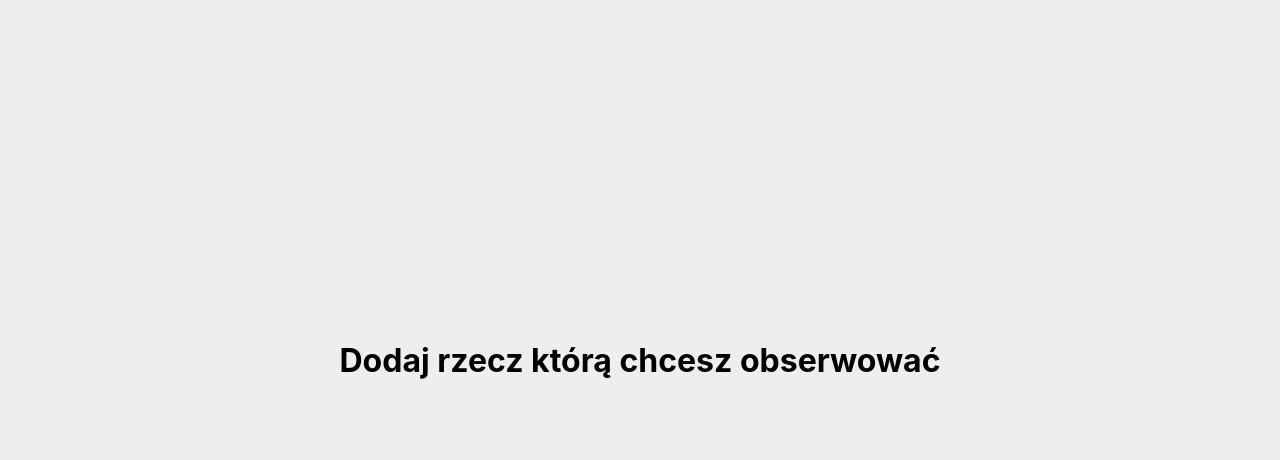
Repository: matedoo/crawler
Page: /MainApp
An editor plug-in stored every save of this project. The page is shown before and after the next save, followed by the edit.
The browser window is 1280 px wide. The pictures show the whole page.
The project was rebuilt for these pictures with package versions that can differ from the ones it lists, and the page was loaded fresh each time. Also part of the build but not shown: src/Components/button.js, src/Components/LoginComponents/LoginApp.js, src/Components/LoginComponents/RegisterApp.js, src/Components/btnContainer.js, src/Components/heading.js, src/Components/LoginComponents/StartApp.js.

Above is the page before, as saved 2020-04-19 18:01:21.

### public/index.html
<!DOCTYPE html>
<html lang="en">
  <head>
    <meta charset="utf-8" />
    <link rel="icon" href="%PUBLIC_URL%/favicon.ico" />
    <meta name="viewport" content="width=device-width, initial-scale=1" />
    <meta name="theme-color" content="#000000" />
    <meta
      name="description"
      content="Web site created using create-react-app"
    />
    <link rel="apple-touch-icon" href="%PUBLIC_URL%/logo192.png" />
    <!--
      manifest.json provides metadata used when your web app is installed on a
      user's mobile device or desktop. See https://developers.google.com/web/fundamentals/web-app-manifest/
    -->
    <link rel="manifest" href="%PUBLIC_URL%/manifest.json" />
    <!--
      Notice the use of %PUBLIC_URL% in the tags above.
      It will be replaced with the URL of the `public` folder during the build.
      Only files inside the `public` folder can be referenced from the HTML.

      Unlike "/favicon.ico" or "favicon.ico", "%PUBLIC_URL%/favicon.ico" will
      work correctly both with client-side routing and a non-root public URL.
      Learn how to configure a non-root public URL by running `npm run build`.
    -->
    <title>Racoon</title>
  </head>
  <body>
    <noscript>You need to enable JavaScript to run this app.</noscript>
    <div id="root"></div>

  </body>
</html>

### src/App.js
import React from 'react';
import LoginApp from './Components/LoginComponents/LoginApp'
import RegisterApp from './Components/LoginComponents/RegisterApp'
import StartApp from './Components/LoginComponents/StartApp'
import MainApp from './Components/MainApp/MainApp'
import {BrowserRouter as Router, Switch, Route} from 'react-router-dom'




class App extends React.Component {

  render(){
    return (
      <Router>
        <Switch>
          <Route path='/' exact component={StartApp}></Route>
          <Route path='/LoginApp' component={LoginApp}></Route>
          <Route path='/RegisterApp' component={RegisterApp}></Route>
          <Route path='/MainApp' component={MainApp}></Route>
        </Switch>
      </Router>
    );
  }
}



export default App;

### src/Components/MainApp/MainApp.js
import React, { useState } from 'react';
import styled from 'styled-components';
import MainAppElement from './MainAppElement'




function MainApp(props) {
  const [elementsList, setElementsList] = useState(['moje zadanie 1', 'moje zadanie 2']);
    return (
      <LoginAppStyled>
        <h1>Dodaj rzecz którą chcesz obserwować</h1>
        {elementsList.map(() => {
          <MainAppElement />
        })}

      </LoginAppStyled>
    );

}

export default MainApp;



const LoginAppStyled = styled.div`
   background-color: #edeeee;
   margin: 0;
   padding:0;
   height: 100vh;
   width: 100%;
   display: flex;
   align-items: center;
   justify-content: center;
   flex-direction: column;
`

### src/Components/MainApp/MainAppElement.js
import React from 'react';


function MainAppElement(props){
    return(
        <div>
            Moje zadanie
        </div>
    )
}

export default MainAppElement;

Loaded but not shown: src/index.js (common file); src/styles/index.css (common file); src/serviceWorker.js (common file)

After the next save:
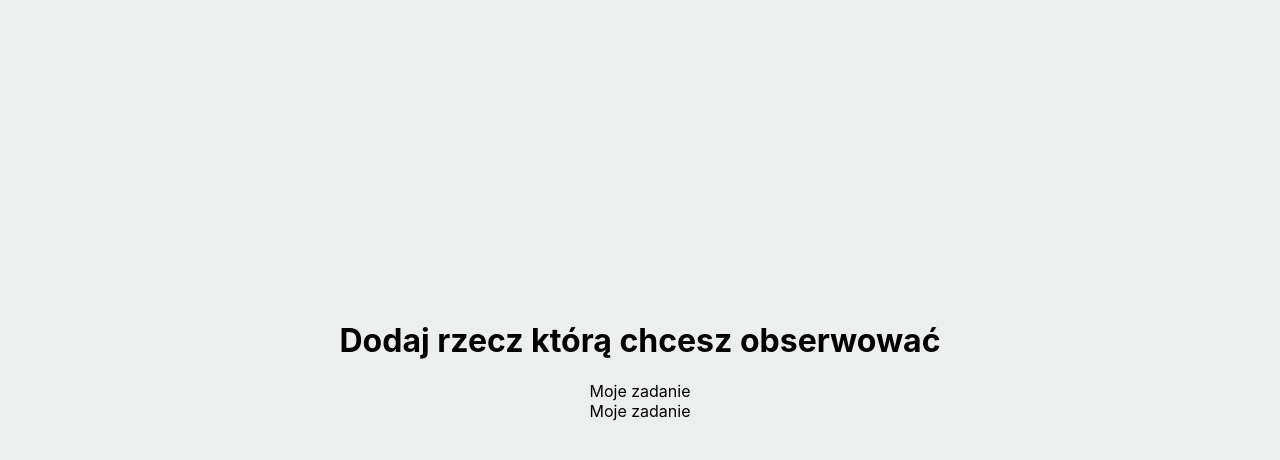
Saved 34 s later.
--- a/src/Components/MainApp/MainApp.js
+++ b/src/Components/MainApp/MainApp.js
@@ -10,9 +10,9 @@ function MainApp(props) {
     return (
       <LoginAppStyled>
         <h1>Dodaj rzecz którą chcesz obserwować</h1>
-        {elementsList.map(() => {
+        {elementsList.map(() => (
           <MainAppElement />
-        })}
+        ))}
 
       </LoginAppStyled>
     );

After the save that followed:
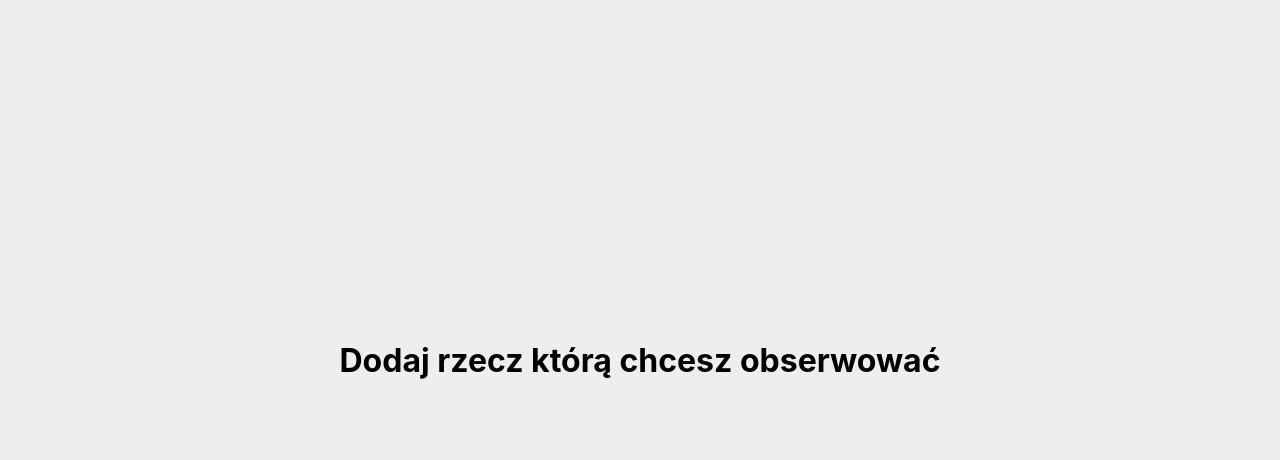
Saved 78 s later.
--- a/src/Components/MainApp/MainAppElement.js
+++ b/src/Components/MainApp/MainAppElement.js
@@ -4,7 +4,7 @@ import React from 'react';
 function MainAppElement(props){
     return(
         <div>
-            Moje zadanie
+            {props.element}
         </div>
     )
 }
